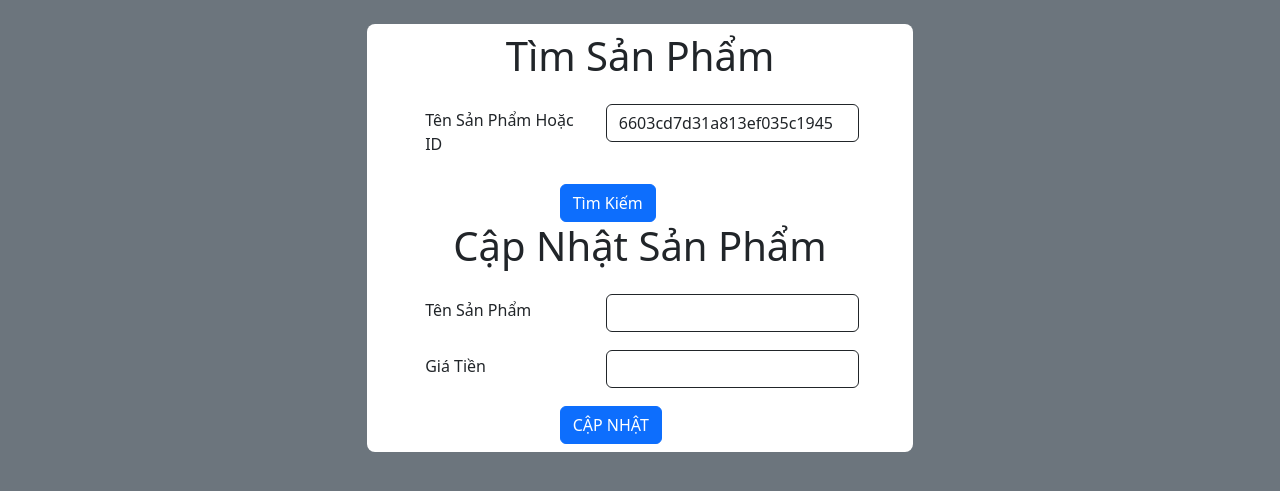
Repository: HT-35/iuh
Page: thi GK/update.html
The author's editor kept a copy of each file at every save. The page is drawn from the files as they stood at one save, then again after a run of saves.
The browser window is 1280 px wide. The pictures show the whole page.

Above is the page before, as saved 2024-03-27 15:56:40.

### thi GK/update.html
<!DOCTYPE html>
<html lang="en">

<head>
  <meta charset="UTF-8">
  <meta name="viewport" content="width=device-width, initial-scale=1.0">
  <title>Call API from Form Input</title>
  <link href="https://cdn.jsdelivr.net/npm/bootstrap@5.3.3/dist/css/bootstrap.min.css" rel="stylesheet">
</head>

<body class="container bg-secondary">

  <div class="row">

    <div class="col-sm-3 col-md-3 col-lg-3"></div>

    <div class="col-sm-6 col-md-6 col-lg-6">
      <div class="  bg-white rounded-3 p-2 w-100 mt-4">

        <div class="row">

          <div class="title col-sm-12 col-md-12 col-lg-12">
            <h1 class="text-center">Tìm Sản Phẩm</h1>
          </div>
        </div>



        <form action="#" class="">
          <div class="mb-3 mt-3 row">
            <div class="col-0 col-sm-2 col-md-2 col-lg-1  ">

            </div>
            <div class="col-6 col-sm-4 col-md-4 col-lg-4  ">
              <label for="name-product" class="form-label p-1">Tên Sản Phẩm Hoặc ID </label>
            </div>
            <div class="col-6 col-sm-6 col-md-6 col-lg-6">
              <input type="text" value="6603cd7d31a813ef035c1945" class="form-control border border-dark"
                id="find-name-product" placeholder="" name="name-product">
            </div>
          </div>



          <div class="row">
            <div class=" col-4 col-sm-4 col-md-4 col-lg-4 "></div>
            <div class=" col-6 col-sm-5 col-md-5 col-lg-5 "><button id="btn-find" type="button"
                class="btn  btn-primary">Tìm Kiếm</button>
            </div>
            <div class=" col-6 col-sm-4 col-md-4 col-lg-4 "></div>
          </div>
        </form>

        <div id="result"></div>

        <div class="update-product">
          <div class="">
            <div class="row">

              <div class="title col-sm-12 col-md-12 col-lg-12">
                <h1 class="text-center">Cập Nhật Sản Phẩm</h1>
              </div>
            </div>

            <form action="#" class="">
              <div class="mb-3 mt-3 row">
                <div class="col-0 col-sm-2 col-md-2 col-lg-1  ">

                </div>
                <div class="col-6 col-sm-4 col-md-4 col-lg-4  ">
                  <label for="name-product" class="form-label p-1">Tên Sản Phẩm</label>
                </div>
                <div class="col-6 col-sm-6 col-md-6 col-lg-6">
                  <input type="text" class="form-control border border-dark" id="name-product" placeholder=""
                    name="name-product">
                </div>
              </div>

              <div class="mb-3 mt-3 row">
                <div class="col-0 col-sm-2 col-md-2 col-lg-1  ">

                </div>
                <div class="col-6 col-sm-4 col-md-4 col-lg-4  ">
                  <label for="price" class="form-label p-1">Giá Tiền</label>
                </div>
                <div class="col-6 col-sm-6 col-md-6 col-lg-6"><input type="number"
                    class="form-control border border-dark" id="price" placeholder="" name="price"></div>
              </div>

              <div class="row">
                <div class=" col-4 col-sm-4 col-md-4 col-lg-4 "></div>
                <div class=" col-6 col-sm-5 col-md-5 col-lg-5 "><button id="btn-find" type="button"
                    class="btn  btn-primary">CẬP NHẬT</button>
                </div>
                <div class=" col-6 col-sm-4 col-md-4 col-lg-4 "></div>
              </div>
            </form>
          </div>
        </div>

      </div>

    </div>


    <div class="col-sm-3 col-md-3 col-lg-3"></div>
  </div>



  <script src="https://cdn.jsdelivr.net/npm/bootstrap@5.3.3/dist/js/bootstrap.bundle.min.js"></script>
  <script src="scriptUpdte.js"></script>
</body>

</html>

### thi GK/scriptUpdte.js
document.addEventListener("DOMContentLoaded", () => {
  const btnFind = document.querySelector("#btn-find");

  const callApi = async (id) => {
    const res = await fetch(`http://localhost:3000/product/find-product/${id}`);
    const data = await res.json();
    return data;
  };

  btnFind.addEventListener("click", async () => {
    const findNameProduct = document.querySelector("#find-name-product");
    const updateProduct = document.querySelector("#update-product");
    console.log(updateProduct);
    const id = findNameProduct.value;
    const res = await callApi(id);
    console.log(res);
    if (res.status) {
      const { price, product } = res.data;

      const template = `          <div class="">
            <div class="row">

              <div class="title col-sm-12 col-md-12 col-lg-12">
                <h1 class="text-center">Cập Nhật Sản Phẩm</h1>
              </div>
            </div>

            <form action="#" class="">
              <div class="mb-3 mt-3 row">
                <div class="col-0 col-sm-2 col-md-2 col-lg-1  ">

                </div>
                <div class="col-6 col-sm-4 col-md-4 col-lg-4  ">
                  <label for="name-product" class="form-label p-1">Tên Sản Phẩm</label>
                </div>
                <div class="col-6 col-sm-6 col-md-6 col-lg-6">
                  <input type="text" class="form-control border border-dark" id="name-product" placeholder=""
                    name="name-product">
                </div>
              </div>

              <div class="mb-3 mt-3 row">
                <div class="col-0 col-sm-2 col-md-2 col-lg-1  ">

                </div>
                <div class="col-6 col-sm-4 col-md-4 col-lg-4  ">
                  <label for="price" class="form-label p-1">Giá Tiền</label>
                </div>
                <div class="col-6 col-sm-6 col-md-6 col-lg-6"><input type="number"
                    class="form-control border border-dark" id="price" placeholder="" name="price"></div>
              </div>

              <div class="row">
                <div class=" col-4 col-sm-4 col-md-4 col-lg-4 "></div>
                <div class=" col-6 col-sm-5 col-md-5 col-lg-5 "><button id="btn-find" type="button"
                    class="btn  btn-primary">CẬP NHẬT</button>
                </div>
                <div class=" col-6 col-sm-4 col-md-4 col-lg-4 "></div>
              </div>
            </form>
          </div>`;
    } else {
      console.log("dell");
    }
  });
});

After the next 2 saves:
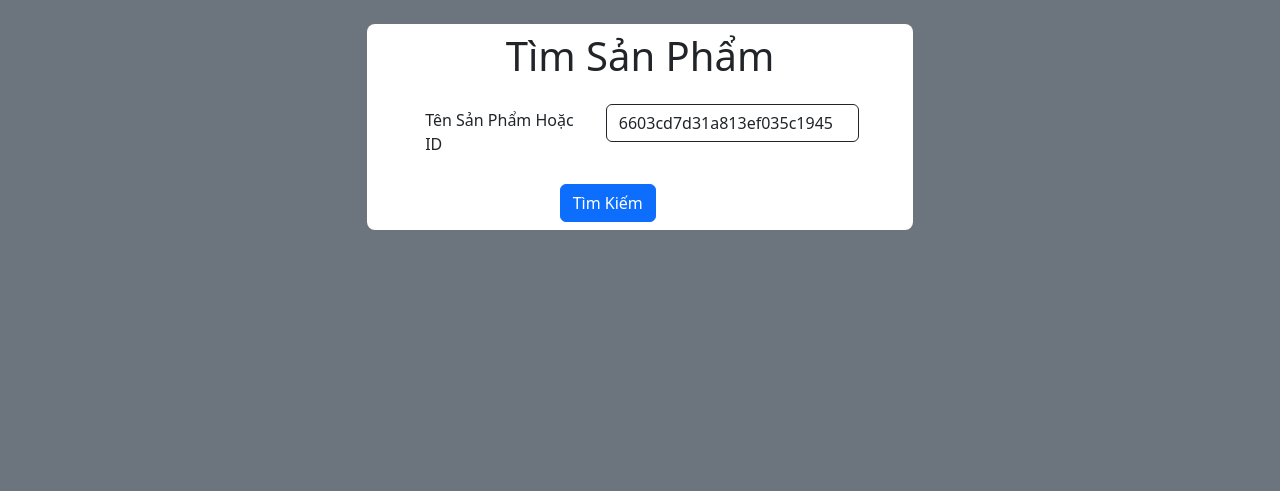
The 2 saves are shown as one change because they came seconds apart.
The last was saved 28 s later.
--- a/thi GK/update.html
+++ b/thi GK/update.html
@@ -53,8 +53,8 @@
 
         <div id="result"></div>
 
-        <div class="update-product">
-          <div class="">
+        <div id="update-product">
+          <!-- <div class="">
             <div class="row">
 
               <div class="title col-sm-12 col-md-12 col-lg-12">
@@ -95,7 +95,7 @@
                 <div class=" col-6 col-sm-4 col-md-4 col-lg-4 "></div>
               </div>
             </form>
-          </div>
+          </div> -->
         </div>
 
       </div>
